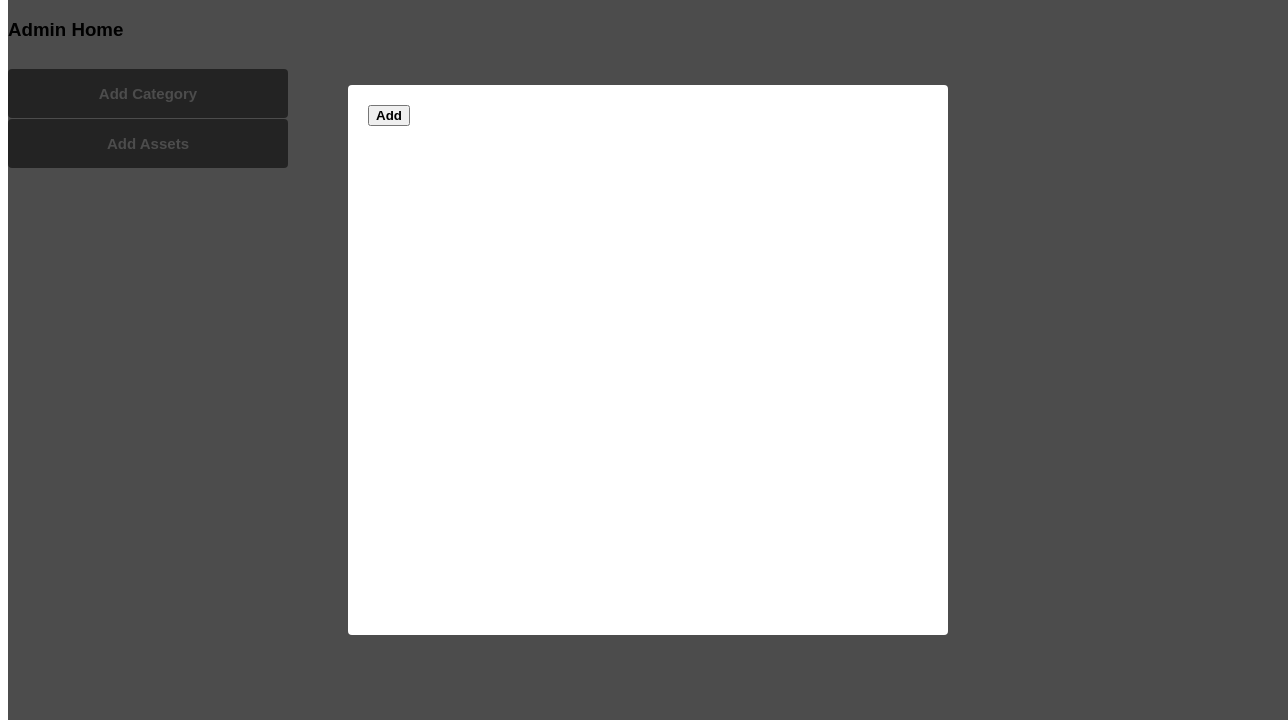
Repository: DhruvKaushal/CodeFury_404Found
Page: http://localhost/e-assets/assetadded.jsp
An editor plug-in stored every save of this project. The page is shown before and after the next save, followed by the edit.
The browser window is 1280 px wide. The page is 1288 px wide, so the pictures cover 1288 px, including what lies to the right of the window. The pictures show the whole page.
The page is served by Tomcat 9.

Above is the page before, as saved 2020-10-05 10:22:37.

After the next save:
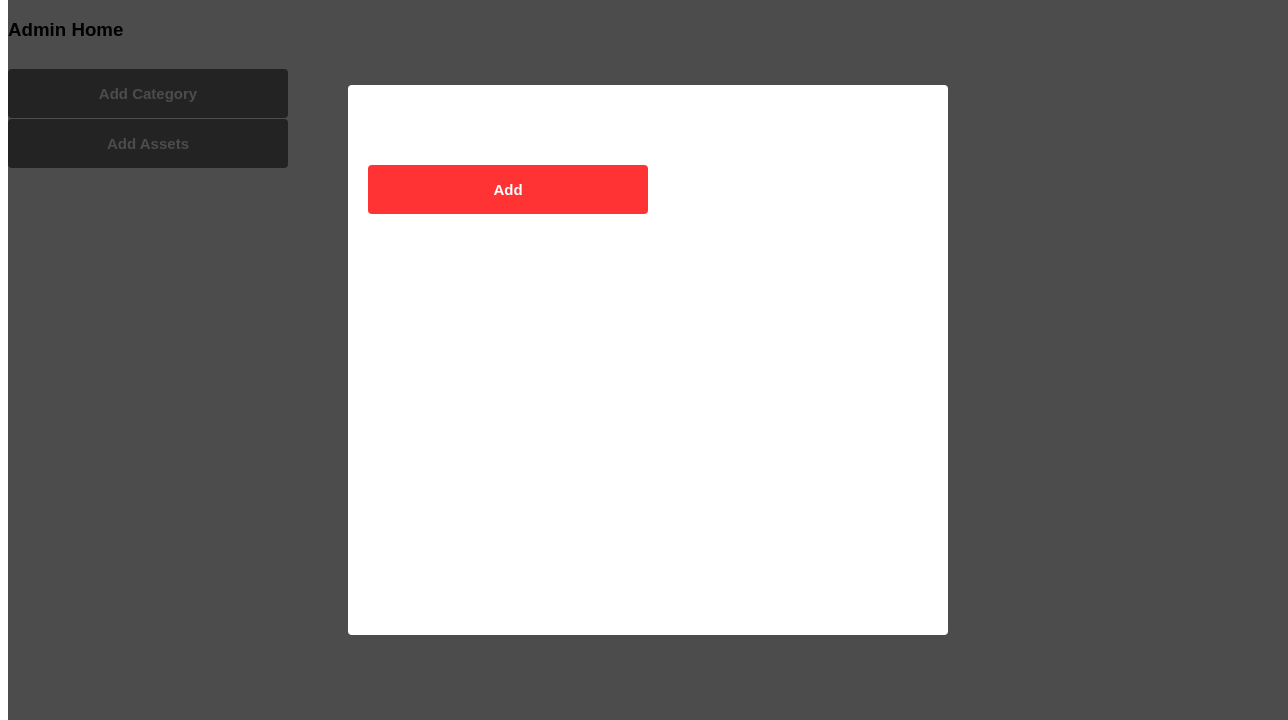
Saved 6 min 51 s later.
--- a/Aditya's New/E-Assets-Management/e-assets/WebContent/addassets.css
+++ b/Aditya's New/E-Assets-Management/e-assets/WebContent/addassets.css
@@ -34,6 +34,21 @@ body {font-family: Arial, Helvetica, sans-serif;}
   display: inline-block;
 }
 
+.close-button {
+  background-color: red;
+  color: white;
+  padding: 16px 20px;
+  border-radius: 4px;
+  border: none;
+  cursor: pointer;
+  opacity: 0.8;
+  position: fixed;
+  width: 280px;
+  margin-top: 60px;
+  font-weight: bold;
+  font-size: 15px;
+  display: inline-block;
+}
 
 .bg-modal {
 	width: 100%;
